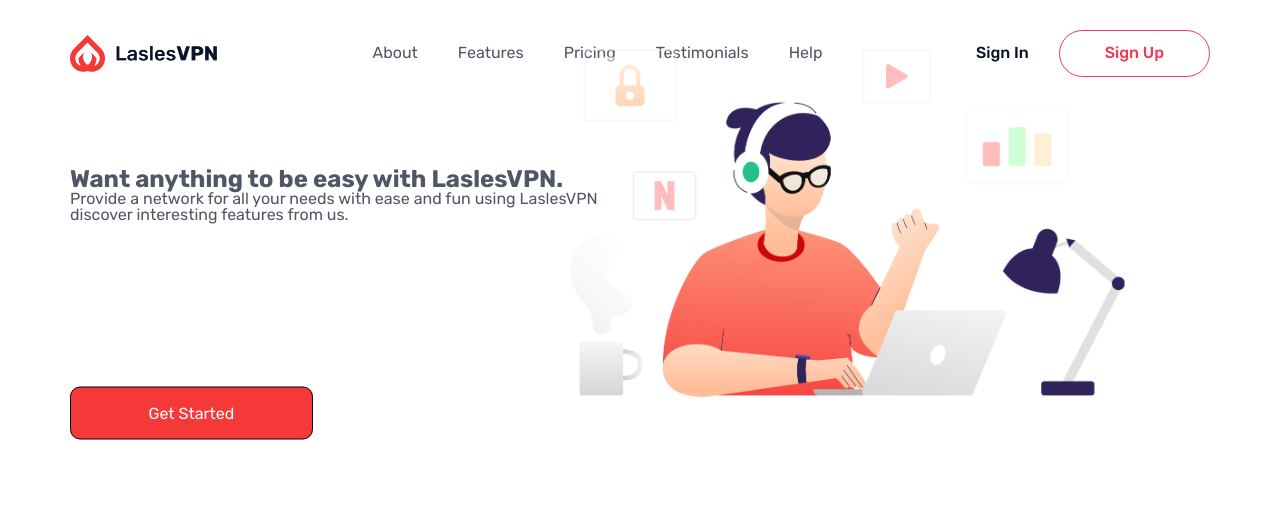
Repository: thefellowshiplotr/lasles_recode
Page: index.html
An editor plug-in stored every save of this project. The page is shown before and after the next save, followed by the edit.
The browser window is 1280 px wide. The pictures show the whole page.
The style sheet was rebuilt from its Sass, Less or Tailwind sources for each picture, by a compiler version that may differ from the author's.

Above is the page before, as saved 2022-10-28 13:28:27.

### index.html
<!DOCTYPE html>
<html lang="en">
  <head>
    <meta charset="UTF-8" />
    <meta http-equiv="X-UA-Compatible" content="IE=edge" />
    <meta name="viewport" content="width=device-width, initial-scale=1.0" />
    <title>Lasles Vpn</title>
    <link rel="preconnect" href="https://fonts.googleapis.com" />
    <link rel="preconnect" href="https://fonts.gstatic.com" crossorigin />
    <link
      href="https://fonts.googleapis.com/css2?family=Rubik:wght@400;500;700&display=swap"
      rel="stylesheet"
    />
    <link rel="stylesheet" href="./css/app.css" />
  </head>
  <body>
    <div class="wrapper">
      <header class="header">
        <div class="container">
          <div class="header-container">
            <img srcset="./img/logo.png 2x" alt="" class="header-logo" />
            <ul class="menu">
              <li class="menu-item">
                <a href="#" class="menu-link">About</a>
              </li>
              <li class="menu-item">
                <a href="#" class="menu-link">Features</a>
              </li>
              <li class="menu-item">
                <a href="#" class="menu-link">Pricing</a>
              </li>
              <li class="menu-item">
                <a href="#" class="menu-link">Testimonials</a>
              </li>
              <li class="menu-item">
                <a href="#" class="menu-link">Help</a>
              </li>
            </ul>
            <div class="header-auth">
              <a href="#" class="header-signin">Sign In</a>
              <a href="#" class="header-signup">Sign Up</a>
            </div>
          </div>
        </div>
      </header>
    </div>
    <div class="wrapper">
      <section class="hero">
        <div class="container">
          <div class="hero-container">
            <div class="hero-content">
              <h1 class="hero-heading">
                Want anything to be easy with LaslesVPN.
              </h1>
              <p class="hero-desc">
                Provide a network for all your needs with ease and fun using
                LaslesVPN discover interesting features from us.
              </p>
              <a href="" class="button button-primary">Get Started</a>
            </div>
            <img srcset="./img/hero-image.png 2x" alt="" class="hero-img" />
          </div>
        </div>
      </section>
    </div>
  </body>
</html>

### sass/app.scss
@import "reset";
@import "variables";
@import "global";
@import "header";
@import "menu";
@import "hero";

### sass/_variables.scss
$font: "Rubik", sans-serif;
$text-color: #4f5665;
$heading-color: #0b132a;
$primary-color: #f53838;
$secondary-color: #f53855;
$gray-color: #f6f6f6;
$gray-light-color: #f8f8f8;
$gray-lighter-color: #afb5c0;

### sass/_global.scss
.wrapper {
  max-width: 1440px;
  margin: 0 auto;
}

.container {
  max-width: 1170px;
  margin: 0 auto;
  padding: 0 15px;
}

body {
  line-height: 1;
  font-family: $font;
  color: $text-color;
  font-weight: 400;
}

.button {
  &-primary {
    position: absolute;
    transform: translateY(50%);
    top: 50%;
    color: #fff;
    padding: 17.5px 77.5px;
    border: none;
    background-color: $primary-color;
    border: 1px solid #000000;
    border-radius: 10px;
  }
}

### sass/_header.scss
.header {
  padding-top: 30px;
  padding-bottom: 90px;
  &-container {
    display: flex;
    justify-content: space-between;
    align-items: center;
  }
  &-auth {
    display: flex;
    align-items: center;
    gap: 0 30px;
  }
  &-signin {
    color: $heading-color;
    font-weight: 500;
    font-size: 16px;
    line-height: calc(18.96 / 16);
  }
  &-signup {
    color: $secondary-color;
    font-weight: 500;
    font-size: 16px;
    line-height: calc(18.96 / 16);
    padding: 13px 45px;
    border: 1px solid $secondary-color;
    border-radius: 50px;
    // border-radius: 100rem;
  }
}

### sass/_menu.scss
.menu {
  list-style: none;
  display: flex;
  align-items: center;
  gap: 0 40px;
  &-link {
    color: inherit;
    font-size: 16px;
    line-height: calc(18.96 / 16);
  }
}

### sass/_hero.scss
.hero {
  &-container {
    max-width: 555px;
    width: 100%;
  }
  &-img {
    transform: translate(90%, -50%);
  }
}

Loaded but not shown: sass/_reset.scss (common file)

After the next save:
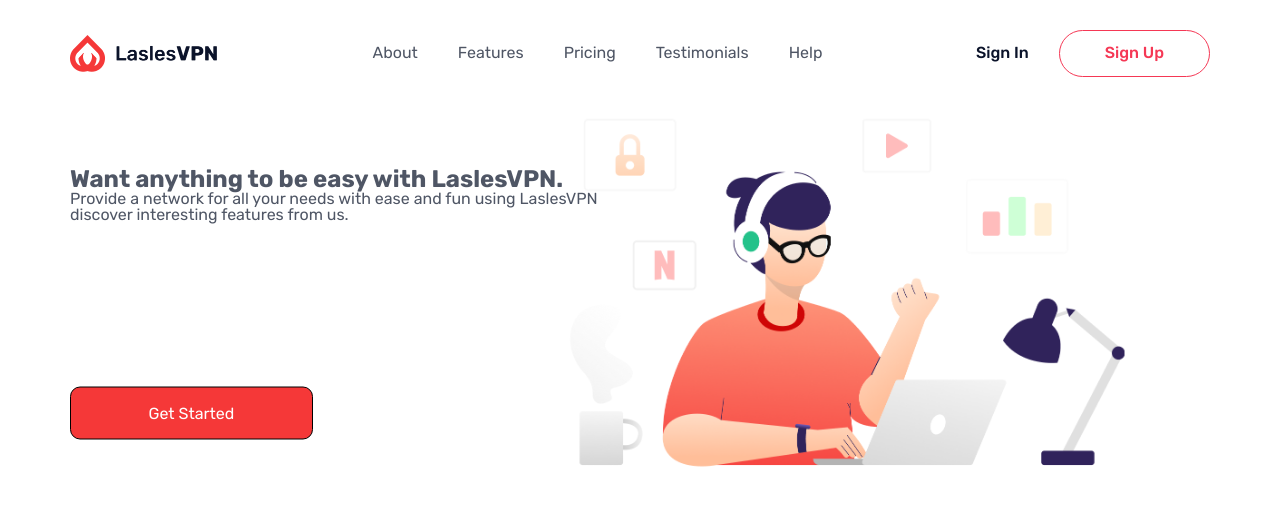
Saved 5 s later.
--- a/sass/_hero.scss
+++ b/sass/_hero.scss
@@ -4,6 +4,6 @@
     width: 100%;
   }
   &-img {
-    transform: translate(90%, -50%);
+    transform: translate(90%, -30%);
   }
 }
